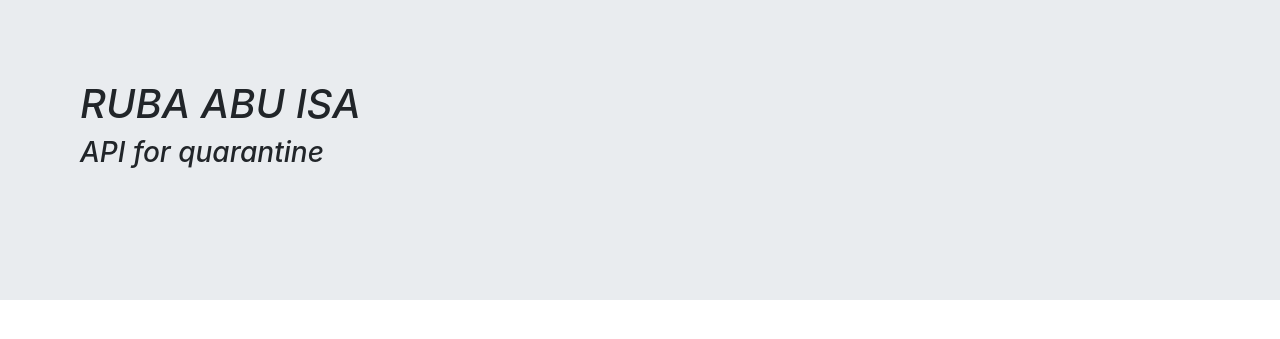
Repository: rubaabu/Fullstack-bitberry
Page: server/index.html
These files come from the project's save history. The page is drawn as it stood at one moment and after the next save; the edit follows.
The browser window is 1280 px wide. The pictures show the whole page.

Above is the page before, as saved 2020-04-02 15:48:17.

### server/index.html
<!DOCTYPE html>
<html lang="en">
<head>
    <meta charset="UTF-8">
    <meta name="viewport" content="width=device-width, initial-scale=1.0">
    <title>Ruba</title>

    <link rel="stylesheet" type="text/css" href="style.css">
    <link rel="stylesheet" href="https://stackpath.bootstrapcdn.com/bootstrap/4.4.1/css/bootstrap.min.css" integrity="sha384-Vkoo8x4CGsO3+Hhxv8T/Q5PaXtkKtu6ug5TOeNV6gBiFeWPGFN9MuhOf23Q9Ifjh" crossorigin="anonymous">
</head>
<body>
    <header>
        <div class="header">
            <h1>RUBA ABU ISA</h1>
            <h3>API for quarantine</h3>
        </div>
    </header>
</body>
</html>

### server/style.css
header {
    background-color: #E9ECEF;
    height: 300px;
    padding-left: 80px;
    padding-top: 80px;
}
header .header {
    font-style: italic;
}

After the next save:
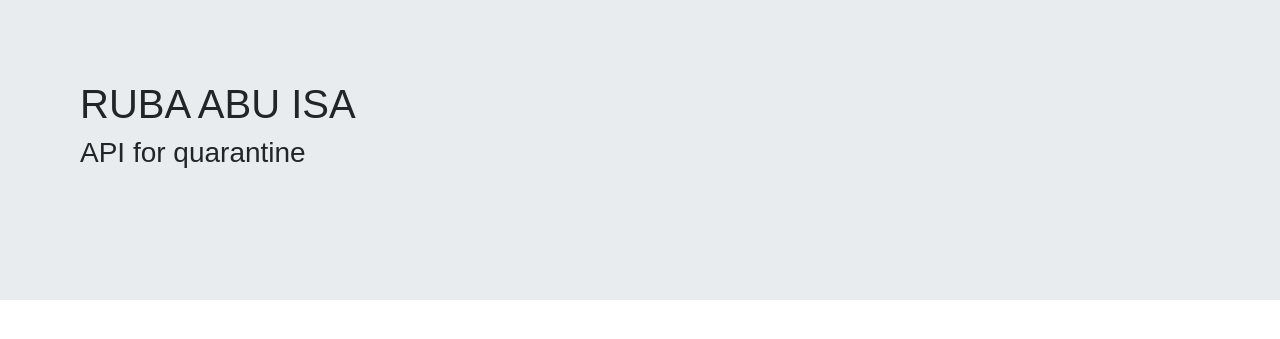
Saved 6 s later.
--- a/server/style.css
+++ b/server/style.css
@@ -5,5 +5,5 @@ header {
     padding-top: 80px;
 }
 header .header {
-    font-style: italic;
+    font-family: sans-serif;
 }
